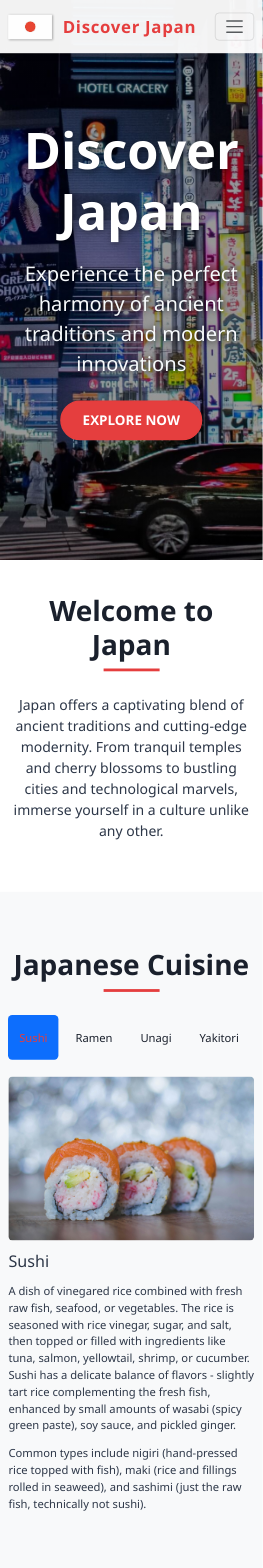
Repository: urielaracena/softwareDev
Page: project1/project1.html
These files come from the project's save history. The page is drawn as it stood at one moment and after the next save; the edit follows.
The browser window is 375 px wide. The pictures show the part of the page from y = 0 to 2240 px (the page is 5715 px tall before and 5647 px after), at 70% of full size.
An inner scrolling area shows only its first screen. Backgrounds fixed to the window are drawn as part of the page.

Above is the page before, as saved 2025-04-18 16:35:07.

After the next save:
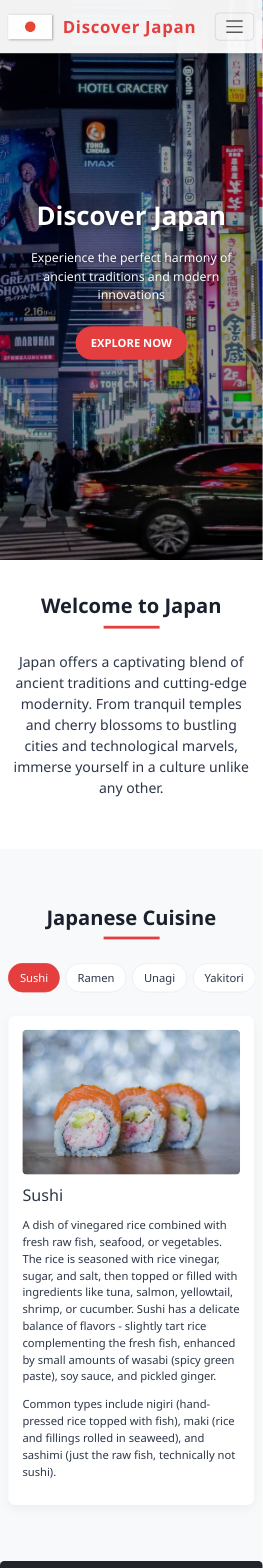
Saved 110 s later.
--- a/project1/project1style.css
+++ b/project1/project1style.css
@@ -225,4 +225,122 @@
     box-shadow: 0 5px 15px rgba(229, 62, 62, 0.3);
   }
 
-  .category-tab:hover:not(.
+  .category-tab:hover:not(.active) {
+    background-color: rgba(229, 62, 62, 0.1);
+    color: var(--primary);
+  }
+
+  .category-content {
+    padding: 20px;
+    background-color: white;
+    border-radius: 10px;
+    box-shadow: 0 5px 15px rgba(0, 0, 0, 0.05);
+  }
+
+  .cuisine-tabs-mobile {
+    padding-bottom: 10px;
+  }
+
+  .cuisine-tabs-mobile .nav-link {
+    border-radius: 30px;
+    padding: 8px 16px;
+    white-space: nowrap;
+    background-color: white;
+    color: var(--dark) !important;
+    border: 1px solid #e2e8f0;
+  }
+
+  .cuisine-tabs-mobile .nav-link.active {
+    background-color: var(--primary);
+    color: white !important;
+    border-color: var(--primary);
+  }
+
+  /* Activities section */
+  .activities-section {
+    background-color: white;
+  }
+
+  .card {
+    border: none;
+    border-radius: 10px;
+    overflow: hidden;
+    box-shadow: 0 5px 15px rgba(0, 0, 0, 0.1);
+    transition: all 0.3s ease;
+  }
+
+  .card:hover {
+    transform: translateY(-10px);
+    box-shadow: 0 15px 30px rgba(0, 0, 0, 0.15);
+  }
+
+  .card-title {
+    color: var(--primary);
+    font-weight: 700;
+    margin-bottom: 1rem;
+  }
+
+  .card-text {
+    color: var(--dark);
+    font-size: 0.95rem;
+  }
+
+  /* Gallery section */
+  .gallery-section {
+    background-color: #f8f9fa;
+  }
+
+  /* Footer */
+  footer {
+    background-color: var(--secondary) !important;
+  }
+
+  footer h5 {
+    color: var(--primary);
+    font-weight: 700;
+    margin-bottom: 1rem;
+  }
+
+  /* Media queries */
+  @media (max-width: 991.98px) {
+    .hero-title {
+      font-size: 3.5rem;
+    }
+
+    .hero-subtitle {
+      font-size: 1.5rem;
+    }
+  }
+
+  @media (max-width: 767.98px) {
+    .hero-title {
+      font-size: 2.8rem;
+    }
+
+    .hero-subtitle {
+      font-size: 1.3rem;
+    }
+
+    .section-title {
+      font-size: 2rem;
+    }
+
+    .hero-btn {
+      font-size: 1rem;
+      padding: 10px 20px;
+    }
+  }
+
+  @media (max-width: 575.98px) {
+    .hero-title {
+      font-size: 2.3rem;
+    }
+
+    .hero-subtitle {
+      font-size: 1.1rem;
+    }
+
+    .section-title {
+      font-size: 1.8rem;
+    }
+  }
